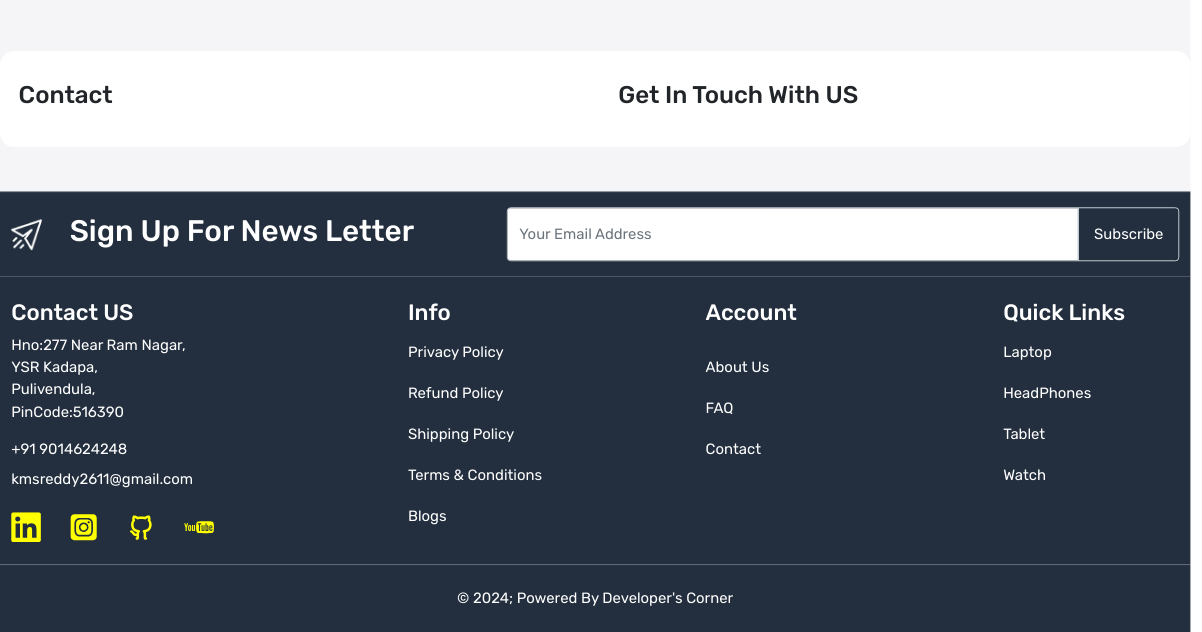
Repository: maniheist/ecommerce-app
Page: /contact
These files come from the project's save history. The page is drawn as it stood at one moment and after the next save; the edit follows.
The browser window is 1280 px wide. The page is 1292 px wide, so the pictures cover 1292 px, including what lies to the right of the window. The pictures show the part of the page from y = 787 to 1851 px (the page is 1467 px tall before and 1851 px after), at 93% of full size.
The project was rebuilt for these pictures with package versions that can differ from the ones it lists, and the page was loaded fresh each time. Also part of the build but not shown: src/components/BlogCard.js, src/components/ProductCard.js, src/components/SpecialProduct.js, src/pages/Home.js, src/pages/About.js, src/pages/OurStore.js, src/pages/Blog.js.

Above is the page before, as saved 2024-02-19 21:40:56.

### public/index.html
<!DOCTYPE html>
<html lang="en">
  <head>
    <meta charset="utf-8" />
    <link rel="icon" href="%PUBLIC_URL%/favicon.ico" />
    <meta name="viewport" content="width=device-width, initial-scale=1" />
    <meta name="theme-color" content="#000000" />
    <meta
      name="description"
      content="Web site created using create-react-app"
    />
    <link rel="apple-touch-icon" href="%PUBLIC_URL%/logo192.png" />

    <link rel="preconnect" href="https://fonts.googleapis.com" />
    <link rel="preconnect" href="https://fonts.gstatic.com" crossorigin />
    <link
      href="https://fonts.googleapis.com/css2?family=Rubik:ital,wght@0,300..900;1,300..900&display=swap"
      rel="stylesheet"
    />
    <link
      href="https://cdn.jsdelivr.net/npm/bootstrap@5.0.2/dist/css/bootstrap.min.css"
      rel="stylesheet"
      integrity="sha384-EVSTQN3/azprG1Anm3QDgpJLIm9Nao0Yz1ztcQTwFspd3yD65VohhpuuCOmLASjC"
      crossorigin="anonymous"
    />
    <link rel="manifest" href="%PUBLIC_URL%/manifest.json" />

    <title>React Redux App</title>
  </head>
  <body>
    <noscript>You need to enable JavaScript to run this app.</noscript>
    <div id="root"></div>
    <script
      src="https://cdn.jsdelivr.net/npm/bootstrap@5.0.2/dist/js/bootstrap.bundle.min.js"
      integrity="sha384-MrcW6ZMFYlzcLA8Nl+NtUVF0sA7MsXsP1UyJoMp4YLEuNSfAP+JcXn/tWtIaxVXM"
      crossorigin="anonymous"
    ></script>
  </body>
</html>

### src/index.js
import React from 'react';
import { createRoot } from 'react-dom/client';

import App from './App';

const container = document.getElementById('root');
const root = createRoot(container);

root.render(

      <App />

);

### src/App.js
import React from 'react';
import './App.css';
import {BrowserRouter,Routes,Route} from "react-router-dom";
import Layout from "./components/Layout";
import Home from "./pages/Home"
import About from "./pages/About"
import Contact from "./pages/Contact"
import OurStore from './pages/OurStore';
import Blog from "./pages/Blog";
function App() {
  return (
    <>
      <BrowserRouter>
        <Routes>
        <Route path="/" element={<Layout />}>
<Route index element={<Home />} />
<Route path="about" element={<About />}/>
<Route path="contact" element={<Contact />}/>
<Route path="store" element={<OurStore />}/>
<Route path="blogs" element={<Blog />}/>


        </Route>

        </Routes>
      </BrowserRouter>
    </>

  );
}

export default App;

### src/App.css
*{
  margin:0;
  padding:0;
  box-sizing:border-box;
}
:root{
  --color-131921:#131921;
  --color-3b4149:#3b4149;
--color-febd69:#fedb69;
--color-232f3e:#232f3e;
--color-bf4800:#bf4800;
--color-f5f5f7:#f5f5f7;
--color-ededed:#ededed;
--color-777777:#777777;
--color-1c1b1b:#1c1b1b;
--color-f2f2f2:#f2f2f2;
}

.section-heading{
  font-size: 26px;
  line-height: 32px;
  font-weight: 500;
  margin-bottom: 30px;

}
.card-wrapper{
  background-color: white;
  box-shadow: 0 0 10px #0000001a;
  padding: 15px;
}

.button{
  background-color:var(--color-232f3e) ;
  color: white;
  padding: 13px 33px;
  font-size: 14px;
  border-radius: 15px;
}
.button:hover{
  background-color: var(--color-febd69);
  color:#131921
}
body {
  font-family:"Rubik", sans-serif;
}
a {
  text-decoration:none;
  display:inline-block;
}

.form-control:focus{
  box-shadow:none;
  border-color: inherit;
}

/*header part*/
.header-top-strip{
  border-bottom: 1px solid var(--color-3b4149);
  background-color:var(--color-131921) ;
}

.header-upper{
  background-color: var(--color-131921);
}

.header-bottom{
  background-color: var(--color-232f3e);
}

.header-upper .input-group-text{
  background-color: var(--color-febd69);
}

.header-upper.header-upper-links img{
  width:35px;
  height: 35px;
}

.gap-10{
  gap: 10px;
}


.gap-15{
  gap: 15px;
}

.gap-30{
  gap: 30px;
}
.header-bottom .menu-links a,
.header-bottom .dropdown button
{
  color: white;
  font-size: 14px;
  line-height: 18px;
  font-weight: 480;
  letter-spacing:0.3;
  text-transform: uppercase;
}

.header-bottom .dropdown button:focus{
  box-shadow: none;
}

.header-bottom .dropdown-menu{
  background-color: var(--color-131921);
  width:100%;
  transform: translate3d(0px,57px,0px) !important;
}

.header-bottom .dropdown-item{
  padding:20px;
  margin-bottom: 3px;
  border-bottom: 1px solid var(--color-3b4149)
  ;

}
.header-bottom .dropdown-item:hover{
  background-color: transparent;
  color: var(--color-febd69) !important;
}
/*header part end */


/*footer part  */

footer{
  background-color: var(--color-232f3e);
}



footer:not(:first-child){
  border-top:1px solid rgba(255,255,255,0.1);

}

footer .input-group-text{
  background-color: var(--color-232f3e);
  color:white;
  padding:8px 17px;
}
/* footer part end */

/*Home page*/

.main-banner-content{
  top:15%;
  left:5%;
}

.main-banner-content h4{

  font-size: 19px;
  font-weight: 400;
  line-height: 24px;
  color:var(--color-bf4800);
  margin: 0 0 12px;
  letter-spacing: 0.3px;
  text-transform: uppercase;

}

.main-banner-content h5{
  font-size: 52px;
  font-weight: 500;
  line-height: 64px;
  letter-spacing: -2px;
  text-transform: none;

}

.main-banner-content p{
  font-size: 18px;
  line-height: 28px;
  letter-spacing: 0.4px;
  font-weight: 100;
  color: var(--color-131921);
}


.small-banner-content{
  top:25%;
  left:10%;
}

.small-banner-content h4{

  font-size: 21px;
  font-weight: 400;
  line-height: 24px;
  color:var(--color-bf4800);
  margin: 0 0 12px;
  letter-spacing: 0.3px;
  text-transform: uppercase;
}
.small-banner-content h5{
  font-size: 33px;
  font-weight: 500;
  line-height: 34px;
  letter-spacing: -2px;
  text-transform: none;

}

.small-banner-content p{
  font-size: 18px;
  line-height: 28px;
  letter-spacing: 0.4px;
  font-weight: 100;
  color: var(--color-131921);
}

.small-banner{
  width: 49%;

}


/* Home wrapper 2 */

.home-wrapper-2{
  background-color: var(--color-f5f5f7);

}

/* Home wrapper 2 ends */

/* categories section */

.categories{
  background-color: white;
  box-shadow: 0 0 10px #0000001a;
  padding: 15px;
}

.categories > div{
  width:25%;
  padding: 10px 10px 10px 20px;
}

.categories > div:nth-child(1),
.categories > div:nth-child(2),
.categories > div:nth-child(3),
.categories > div:nth-child(4){
  border-bottom: 1px solid var(--color-ededed) ;
}

.categories>div>div{
  width:60%
}

.categories > div:nth-child(1),
.categories > div:nth-child(2),
.categories > div:nth-child(3){
  border-right: 1px solid var(--color-ededed) ;
}

.categories > div:nth-child(5),
.categories > div:nth-child(6),
.categories > div:nth-child(7){
  border-right: 1px solid var(--color-ededed) ;
}
/* categories end */

/* Home Page End */


/* Blogcard */

.blog-card{
  background-color: white;
  padding:20px;
  border-radius:10px;
}

.blog-card img{
  border-top-left-radius:10px;
  border-top-right-radius:10px;
}

.blog-content{
  padding: 15px;

}

.blog-contentp.date{
  font-size: 13px;
  line-height: 24px;
  text-transform: uppercase;
  letter-spacing: 0;
  font-weight: 400;
  color: var(--color-777777);
  padding: 0;

}

.blog-content h5{
  font-size: 18px;
  color: var(--color-131921);
}


.blog-content p.desc{
  font-size: 13px;
  line-height: 22px;
  color: var(--color-777777);
}
/*Blogcard ends*/


/* product card */

.product-card{
  padding: 15px;
  background-color: white;
  border-radius: 13px;
overflow:hidden;
width: 100%;
}

.product-card .product-image{
  height: 270px;
}

.product-card .product-image img{
  object-fit: contain;
}
.product-card .product-image> img:last-child{
  display: none;
}
.product-card:hover .product-image > img:nth-child(1){
display: none;

}
.product-card:hover .product-image>img:last-child{
  display: block;


}



.product-card:hover .action-bar{
  right: 15px;

}
.product-card .product-details h6 {
  color:var(--color-bf4800);
  font-size: 13px;



}


.product-card .product-details h5{
  font-size: 15px;
  color: var(--color-1c1b1b);
}

.product-card.product-details p.price{
  font-size: 16px;
  color: var(--color-1c1b1b);
}

.product-card p.description{
  font-size: 13px;
  color: var(--color-777777);
  margin-right: 20px;
}

.action-bar{
  top: 10%;
  right:-23px;
  transition: 0.3s;
}


.wishlist-icon{
  top: 2%;
  right:15px;

}
/* product card ends */

/* special product */

.special-product-card{
  padding:20px 10px;
  border-radius: 10px;
  background-color: white;
}

.special-product-card .badge{
  background-color:#eb353b !important;
}


/* special product ends */

/* famous start */

.famous-card .famous-content{
  top: 10%;
  left: 5%;

}

.famous-card img{
  border-radius: 10px;
}

.famous-content h5{
  font-size: 13px;
  line-height: 20px;
  font-weight: 400px;
  color: white;
  margin-bottom: 7px;
  text-transform: uppercase;

}
.famous-content h6{
  font-size: 24px;
  line-height: 38px;
  font-weight: 500;
  color: white;
}
.famous-content p{
  font-size: 16px;
  line-height: 24px;
  color: white;
  font-weight: 100;
}

/* famous ends */

/* Our Store Start */

.filter-card{
  background-color: white;
  border-radius: 10px;
  padding: 15px 15px 25px;
}

.filter-title{
  font-size: 16px;
  line-height: 20px;
  font-weight: 600;
  color: var(--color-1c1b1b);
  margin-bottom: 20px;
}

.filter-card ul,
.filter-card .form-check-label {
  list-style-type:none;
  font-size: 13px;
  line-height: 30px;
  color: var(--color-777777);
  cursor: pointer;
}

.filter-card .form-check-input:focus{
  box-shadow: none;
  border-color: rgba(0,0,0,0.25);
}
.filter-card .form-check-input:checked{
background-color: var(--color-febd69);
  border-color: var(--color-febd69);

}
.sub-title{
  font-size: 40px;
  font-weight: 600;
  color: var(--color-1c1b1b);
  margin-bottom: 15px;
  margin-top: 20px;
}

.colors{
  list-style-type: none;
  display: flex;
  flex-wrap: wrap;
  gap: 10px;
}
.colors .one{
  width: 20px;
  height: 20px;
  background-color: red;
  border-radius: 50%;
}
.colors .two{
  width: 20px;
  height: 20px;
  background-color: blue;
  border-radius: 50%;
}
.colors  .three{
  width: 20px;
  height: 20px;
  background-color: yellow;
  border-radius: 50%;
}
.colors  .four{
  width: 20px;
  height: 20px;
  background-color: pink;
  border-radius: 50%;
}
.colors  .five{
  width: 20px;
  height: 20px;
  background-color: black;
  border-radius: 50%;
}
.colors  .six{
  width: 20px;
  height: 20px;
  background-color: brown;
  border-radius: 50%;
}

.colors  .seven{
  width: 20px;
  height: 20px;
  background-color:chocolate;
  border-radius: 50%;
}

.random-products h5{
font-size: 14px;
margin-bottom: 8px;
}

.random-products:first-child{
  border-bottom: 1px solid var(--color-ededed);
}

.filter-sort-grid{
  padding: 10px;
  background-color: white;
  border-radius: 10px;
}

.grid img{
  width: 35px;
  height: 35px;
  background-color: var(--color-f2f2f2);
  padding: 8px;
  border-radius: 3px;
  cursor: pointer;
}
.grid img:hover{
  background-color:burlywood;
}

.g-12{
  width: 100%;

}
.gr-6{
  width: 49%;
}
.gr-4{
  width: 32%;
}
.gr-3{
  width: 24%;

}

.gr-12 .product-card{
  display: flex;
  gap:20px;
}
.gr-6 .product-image{
  width: 100%;
}
.gr-6 .product-image img{
  margin: auto;
  display: block;
}
.gr-12 .product-card .product-image{
  width: 270px;
}

.gr-12 .product-card .product-image{
  height: auto;
}
.gr-12 .action-bar{top: 17%;}


/* Our store ends */


/* contact us starts*/

.contact-inner-wrapper{
  padding:30px 20px;
  border-radius: 15px;
  background-color: white;
  gap:15px;
}
.contact-inner-wrapper>div{
  width: 48%;
}

.contact-title{
  font-size: 26px;
  font-weight: 500;
  line-height: 35px;
  text-align: left;
  margin-top: 0;
}




/* contact us ends */

### src/components/Layout.js
import React from 'react'
import {Outlet} from "react-router-dom";
import Header from "./Header";
import Footer from "./Footer";
const Layout = () => {
  return (
    <>
            <Header />
            <Outlet />
            <Footer />

    </>
  )
}

export default Layout

### src/pages/Contact.js
import React from 'react'
import BreadCrumb from '../components/BreadCrumb'
import Meta from '../components/Meta';
const Contact = () => {
  return <>
    <Meta title={"Contact Us"}></Meta>
    <BreadCrumb title='Contact Us'/>
    <div className='contact-wrapper py-5 home-wrapper-2'>
      <div container-xxl>
        <div className='row'>
          <div className='col-12'>
            <iframe src="https://www.google.com/maps/embed?pb=!1m18!1m12!1m3!1d15456.432357555697!2d78.21833090604169!3d14.420932058421547!2m3!1f0!2f0!3f0!3m2!1i1024!2i768!4f13.1!3m3!1m2!1s0x3bb3ebb7c5835cd9%3A0x3a4854affffebccd!2sPulivendula%2C%20Andhra%20Pradesh!5e0!3m2!1sen!2sin!4v1708358338706!5m2!1sen!2sin" width="600" height="450" className='border:0 w-100' allowFullScreen="" loading="lazy" referrerPolicy="no-referrer-when-downgrade"></iframe>
          </div>
          <div className='col-12 mt-5'>
            <div className='contact-inner-wrapper d-flex justify-content-between align-items-center'>
            <div><h3 className='contact-title'>Contact </h3></div>
            <div><h3 className='contact-title'>Get In Touch With US </h3></div>

            </div>
          </div>
        </div>
      </div>
    </div>
  </>
}

export default Contact

### src/components/Header.js
import React from 'react'
import {NavLink,Link} from "react-router-dom"
import {BsSearch} from "react-icons/bs"
const Header = () => {
  return <>
  <header className='header-top-strip py-3'>
    <div className='container-xxl'>
      <div className='row'>
        <div className='col-6'>
          <p className='text-white mb-0'>Free Shipping Over $100 & Free Return</p>
        </div>
        <div className='col-6'>
          <p className='text-end text-white mb-0'>
            Hotline:
            <a className='text-white' href='tel:+9014624248'>+91 9014624248</a>
          </p>
        </div>
      </div>
    </div>
  </header>
  <header className='header-upper py-3'>
    <div className='container-xxl'>
      <div className='row align-items-center'>
        <div className='col-2'>
          <h2><Link className='text-white'>
            Dev Corner
          </Link></h2>
        </div>
        <div className='col-5'>
          <div className="input-group">
  <input type="text" className="form-control py-2" placeholder="Search Products Here..." aria-label="Search Products Here..." aria-describedby="basic-addon2"/>
  <span className="input-group-text p-3" id="basic-addon2"><BsSearch className='fs-6' /></span>
</div>
        </div>
        <div className='col-5'>
          <div className='header-upper-links d-flex align-items-center justify-content-between'>
            <div>
              <Link className='d-flex align-items-center gap-10 text-white'>
              <img src="/images/compare.svg" alt='compare' />
                <p className='mb-0'>Compare <br /> Products</p>
              </Link>
            </div>
            <div>
              <Link className='d-flex align-items-center gap-10 text-white'>
              <img src="/images/wishlist.svg" alt='wishlist' />
                <p className='mb-0'>Favorite <br /> Wishlist</p>
              </Link>
            </div>
            <div>
              <Link className='d-flex align-items-center gap-10 text-white'>
              <img src="/images/user.svg" alt='user' />
                <p className='mb-0'>Login <br /> My Account</p>
              </Link>
            </div>
            <div>
              <Link className='d-flex align-items-center gap-10 text-white'>
            <img src="/images/cart.svg" alt='cart' />
                <div className='d-flex flex-column gap-10'>
                <span className='badge bg-white text-dark'>0</span>
                <p className='mb-0'>$ 500</p>

                </div>
              </Link>
            </div>
          </div>
        </div>
      </div>
    </div>
  </header>
<header className='header-bottom py-3'>
  <div className='container-xxl'>
    <div className='row'>
      <div className='col-12'>
        <div className='menu-bottom d-flex align-items-center gap-30'>
        <div>
          <div className="dropdown">
  <button className="btn btn-secondary dropdown-toggle bg-transparent border-0 gap-15 d-flex align-items-center" type="button" id="dropdownMenuButton1" data-bs-toggle="dropdown" aria-expanded="false">
    <img src="images/menu.svg" alt=""/><span className='me-5 d-inline-blocto'>hopping Categories</span>
  </button>
  <ul className="dropdown-menu" aria-labelledby="dropdownMenuButton1">
    <li><to className="dropdown-item text-white" to="">Pants</to></li>
    <li><to className="dropdown-item text-white" to="">Shirts</to></li>
    <li><to className="dropdown-item text-white" to="">Shorts</to></li>
  </ul>
</div>
        </div>
        <div className='menu-links'>
          <div className='d-flex align-items-center gap-15'>
            <NavLink className='text-white' to="/">Home</NavLink>
            <NavLink className='text-white' to="/store">Our Store</NavLink>
            <NavLink className='text-white' to="/blogs">Blogs</NavLink>
            <NavLink className='text-white' to="/contact">Contact</NavLink>
          </div>
        </div>

        </div>
      </div>
    </div>
  </div>
</header>


  </>
}

export default Header

### src/components/Footer.js

import React from 'react'
import { SiLinkedin } from "react-icons/si";
import { RiGithubLine } from "react-icons/ri";
import { ImYoutube2 } from "react-icons/im";
import { FaSquareInstagram } from "react-icons/fa6";
import {Link} from 'react-router-dom';
const Footer = () => {
  return <>
    <footer className='py-3'>
        <div className='container-xxl'>
            <div className='row align-items-center'>
                <div className='col-5'>
                    <div className='footer-top-data d-flex gap-30 align-items-center'>
                        <img src="images/newsletter.png" alt="newsletter" />
                        <h2 className='text-white'>Sign Up For News Letter</h2>
                    </div>
                </div>
                <div className='col-7'>
                    <div className="input-group">
  <input type="text" className="form-control py-1" placeholder="Your Email Address" aria-label="Your Email Address..." aria-describedby="basic-addon2"/>
  <span className="input-group-text p-3" id="basic-addon2">Subscribe</span>
</div>
                </div>
            </div>
        </div>
    </footer>
    <footer className='py-4'>
        <div className='container-xxl'>
            <div className="row">
                <div className='col-4'>
                <h4 className="text-white">Contact US</h4>
                <div>
                    <address className='text-white fs-6'>Hno:277 Near Ram Nagar,
                    <br />YSR Kadapa, <br />Pulivendula,<br />PinCode:516390</address>

                    <a href='tel:+91 9014624248' className='mt-3 d-block mb-1 text-white'>+91 9014624248</a>
                    <a href='mailto:kmsreddy2611@gmail.com' className='mt-2 d-block mb-0 text-white'>kmsreddy2611@gmail.com</a>
                    <div className='social_icons d-flex align-items-center gap-30 mt-4'>
                    <a className="text-white" href='#'>
                    <SiLinkedin className='fs-2' color="yellow"/>
                    </a>
                    <a className="text-white" href='#'>
                    <FaSquareInstagram className='fs-2' color='yellow'/>
                    </a>

                    <a className="text-white" href='#'>
                    <RiGithubLine className='fs-2' color='yellow'/>

                    </a>
                    <a className="text-white" href='#'>
                    <ImYoutube2  className='fs-2' color="yellow"/>
                    </a>

                    </div>

                </div>
                </div>
                <div className='col-3'>
                <h4 className="text-white md-4">Info</h4>
                <div className='footer-links d-flex flex-column'>
                    <Link className="text-white py-2 mb-1">Privacy Policy</Link>
                    <Link className="text-white py-2 mb-1">Refund Policy</Link>
                    <Link className="text-white py-2 mb-1">Shipping Policy</Link>
                    <Link className="text-white py-2 mb-1">Terms & Conditions</Link>
                    <Link className="text-white py-2 mb-1">Blogs</Link>
                </div>
                </div>
                <div className='col-3'>
                <h4 className="text-white mb-4">Account</h4>
                <div className='footer-links d-flex flex-column'>
                    <Link className="text-white py-2 mb-1">About Us</Link>
                    <Link className="text-white py-2 mb-1">FAQ</Link>
                    <Link className="text-white py-2 mb-1">Contact</Link>
                </div>
                </div>
                <div className='col-2'>
                <h4 className="text-white">Quick Links</h4>
                <div className='footer-links d-flex flex-column'>
                    <Link className="text-white py-2 mb-1">Laptop</Link>
                    <Link className="text-white py-2 mb-1">HeadPhones</Link>
                    <Link className="text-white py-2 mb-1">Tablet</Link>
                    <Link className="text-white py-2 mb-1">Watch</Link>
                </div>
                </div>
            </div>
        </div>
    </footer>
    <footer className='py-4'>
        <div className='container-xxl'>
            <div className='row'>
                <div className='col-12'>
                <p className='text-center mb-0 text-white'>&copy; { new Date().getFullYear()}; Powered By Developer's Corner</p>

                </div>
            </div>
        </div>
    </footer>
  </>


}

export default Footer

### src/components/BreadCrumb.js
import React from 'react'
import {Link} from 'react-router-dom';
const BreadCrumb = (props) => {
    const {title}=props;
  return (
    <div className='breadcrumb mb-0 py-4'>
      <div className='container-xxl'>
        <div className='row'>
            <div className='col-12'>
                <p className='text-center mb-0'><Link to='/' className='text-dark'>Home &nbsp; </Link> / {title}</p>
            </div>
        </div>
      </div>
    </div>
  )
}

export default BreadCrumb

### src/components/Meta.js

import React from 'react'
import {Helmet} from "react-helmet";

const Meta = (props) => {
  return (
    <Helmet>
                <meta charSet="utf-8" />
                <title>{props.title}</title>
            </Helmet>
  )
}

export default Meta

After the next save:
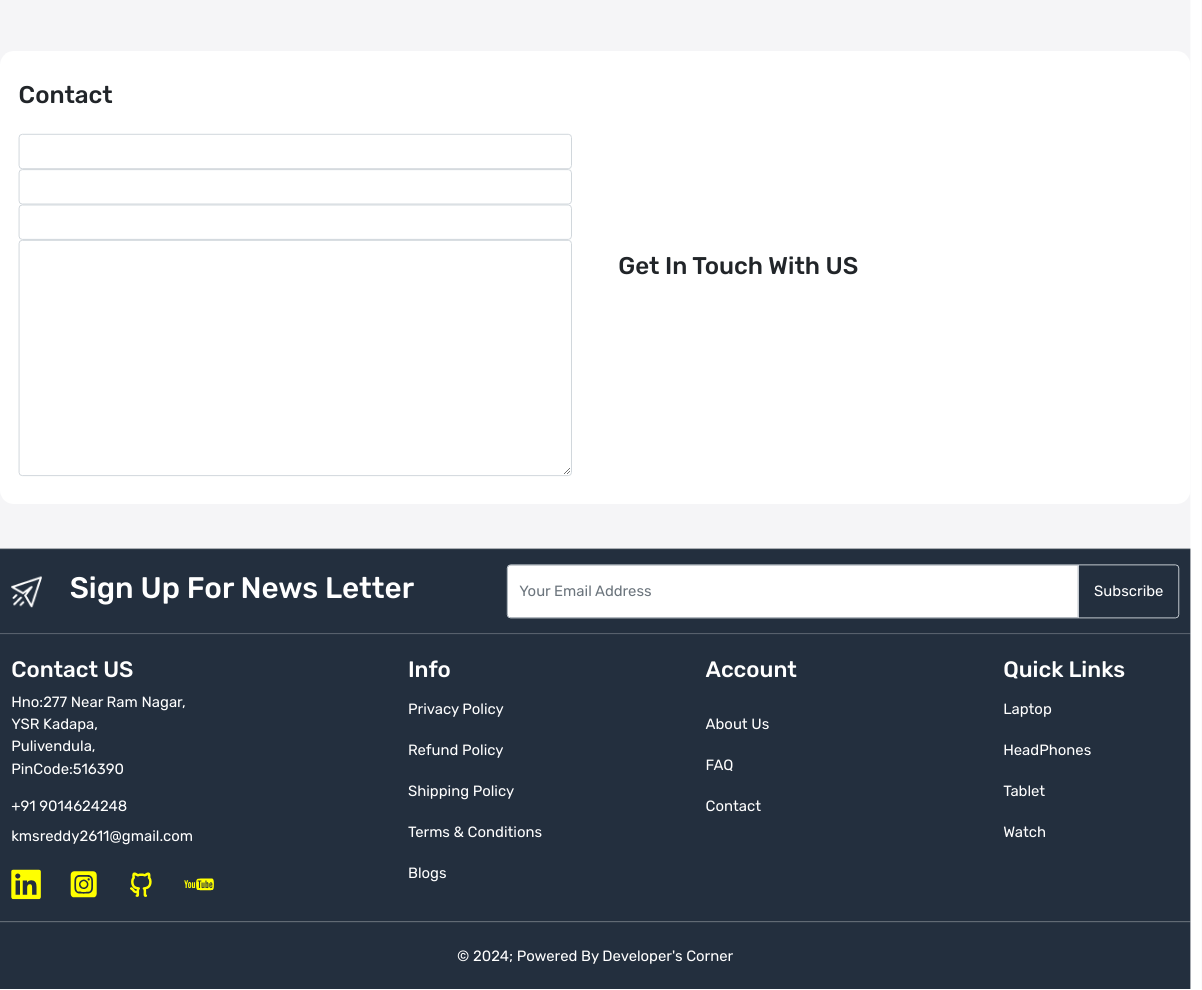
Saved 2 min 49 s later.
--- a/src/pages/Contact.js
+++ b/src/pages/Contact.js
@@ -13,8 +13,23 @@
           </div>
           <div className='col-12 mt-5'>
             <div className='contact-inner-wrapper d-flex justify-content-between align-items-center'>
-            <div><h3 className='contact-title'>Contact </h3></div>
-            <div><h3 className='contact-title'>Get In Touch With US </h3></div>
+            <div><h3 className='contact-title mb-4'>Contact </h3>
+            <form>
+              <div>
+                <input type='text' className='form-control'></input>
+              </div>
+              <div>
+                <input type='text' className='form-control'></input>
+              </div>
+              <div>
+                <input type='text' className='form-control'></input>
+              </div>
+              <div>
+                <textarea name='' className='form-control' id='' cols="30" rows="10"></textarea>
+              </div>
+            </form>
+            </div>
+            <div><h3 className='contact-title mb-4'>Get In Touch With US </h3></div>
 
             </div>
           </div>
